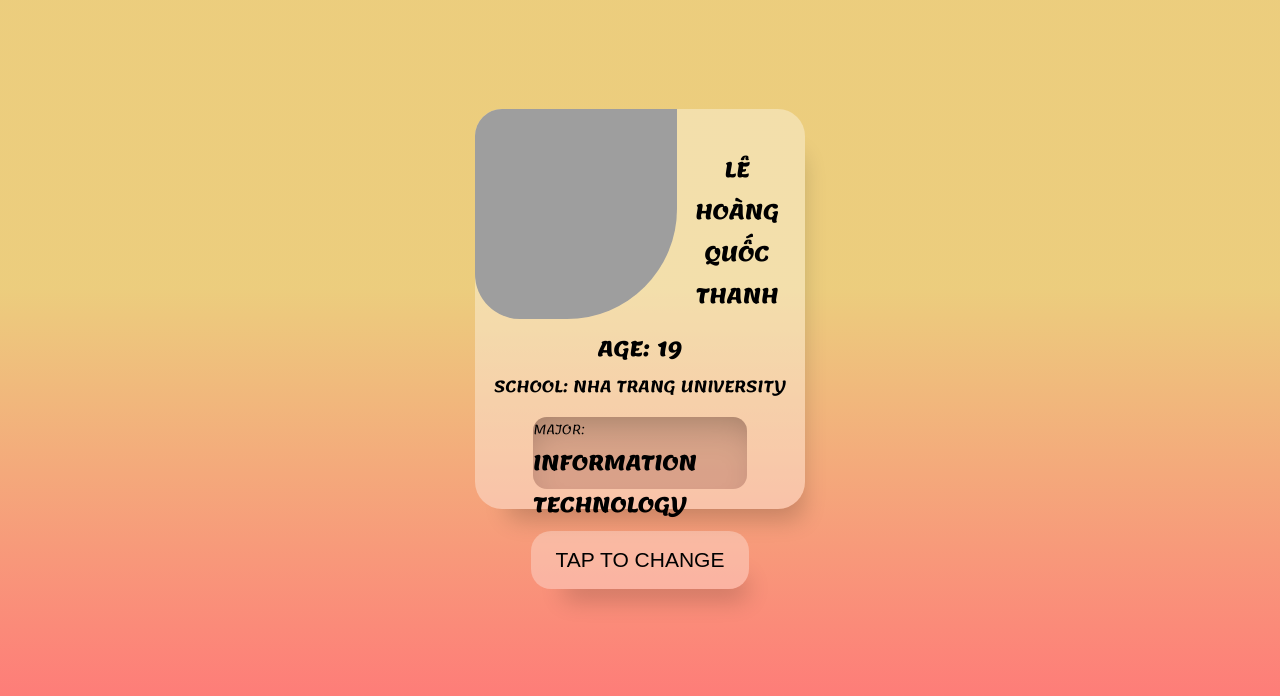
Repository: ThanhThn/profile
Page: index.html
An editor plug-in stored every save of this project. The page is shown before and after the next save, followed by the edit.
The browser window is 1280 px wide. The pictures show the whole page.
Pictures or frames that could not be fetched are drawn as grey boxes. Some web fonts or font styles are not loaded; a fallback is used.

Above is the page before, as saved 2022-12-05 20:22:31.

### index.html
<!DOCTYPE html>
<html lang="en">
<head>
    <meta charset="UTF-8">
    <meta http-equiv="X-UA-Compatible" content="IE=edge">
    <meta name="viewport" content="width=device-width, initial-scale=1.0">
    <title>Document</title>
    <link rel="stylesheet" href="style.css">
</head>
<body>
    <div class="container">
        <div class="content">
            <img src="avata.jpg" alt="avatar">
            <span class="name">LÊ hoàng quốc thanh</span>
            <span class="age" ></span>
            <span id="school">school: nha trang university</span>
            <div class="major">
                <span id = "major">Major:</span>
                <span id = "major--name">information technology</span>
            </div>
        </div>
        <button class="btn">tap to change</button>
    </div>

    <script>
        var ages = new Date().getFullYear() - 2003;
        var text = document.getElementsByClassName("age");
        for(let i = 0; i < text.length; i++){
            text[i].innerHTML = `age: ${ages}`;
        }
    </script>
</body>
</html>

### style.css
@import url('https://fonts.googleapis.com/css2?family=Kodchasan:wght@700&family=Lemonada:wght@300;600;700&family=Pacifico&display=swap');
*{
    padding: 0;
    margin: 0;
    box-sizing: border-box;
}

body{
    background:  linear-gradient( to bottom, rgba(223, 172,39,60%) 40%, rgba(255,22,22,58%) 100% );
    width: 100%;
    height: 100vh;
}
.container{
    position: absolute;
    top: 50%;
    left: 50%;
    transform: translate(-50%, -50%);
    display: flex;
    flex-direction: column;
    align-items: center;
}

.content{
    width: 330px;
    height: 400px;
    background: rgba(255, 255, 255, 35%);
    border-radius: 27px;
    box-shadow: rgba(0, 0, 0, .2) 15px 28px 25px -18px;
}

.content img{
    width: 202px;
    height: 210px;
    border-radius: 27px 0 110px 45px;
    object-fit: cover;
    object-position: -32px 0;
}
span{
    width: 104px;
    font-size: 21px;
    text-transform: uppercase;
    font-weight: 700;
    font-family: 'Lemonada', cursive;
}
.content .name{
    position: absolute;
    text-align: center;
    top: 40px;
    left: 210px;
}

.content .age{
    display: block;
    position: relative;
    width: 100%;
    top: 5px;
    text-align: center;
}
#school{
    font-size: 16px;
    font-weight: 600;
    display: block;
    width: 100%;
    text-align: center;
    position: relative;
    top:5px;
}

.major{
    width: 214px;
    height: 72px;
    background-color: rgba(126, 48, 40, .25);
    border-radius: 14px;
    box-shadow: 3px 20px 39px -19px rgba(0,0,0,0.3) inset;
    -webkit-box-shadow: 3px 20px 39px -19px rgba(0,0,0,0.3) inset;
    -moz-box-shadow: 3px 20px 39px -19px rgba(0,0,0,0.3) inset;
    margin: 20px auto 0 auto;
}

.major #major{
    font-weight: 300;
    font-size: 13px;
}
.btn{
    background: rgba(255, 255, 255, .3);
    width: 218px;
    height: 58px;
    border-radius: 20px;
    border: none;
    margin: 22px;
    font-family: 'Kodchasan', sans-serif;
    font-size: 21px;
    text-transform: uppercase;
    box-shadow: rgba(0, 0, 0, .2) 15px 28px 25px -18px;
    background-position: 0 90%;
    background-repeat: repeat no-repeat;

}

.btn:hover {
    box-shadow: rgba(0, 0, 0, .3) 2px 8px 8px -5px;
    transform: translate3d(0, 2px, 0);
}


.btn:focus {
  box-shadow: rgba(0, 0, 0, .3) 2px 8px 4px -6px;
}

After the next save:
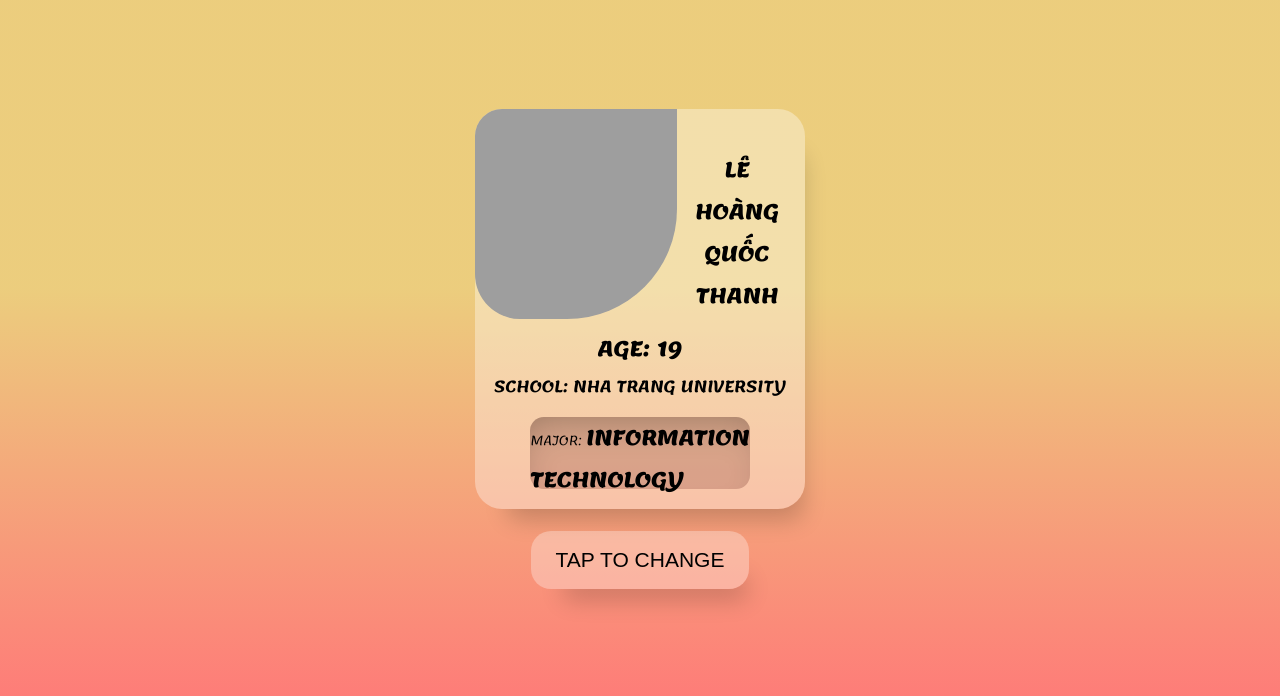
Saved 21 s later.
--- a/style.css
+++ b/style.css
@@ -67,7 +67,7 @@ span{
 }
 
 .major{
-    width: 214px;
+    width: 220px;
     height: 72px;
     background-color: rgba(126, 48, 40, .25);
     border-radius: 14px;
